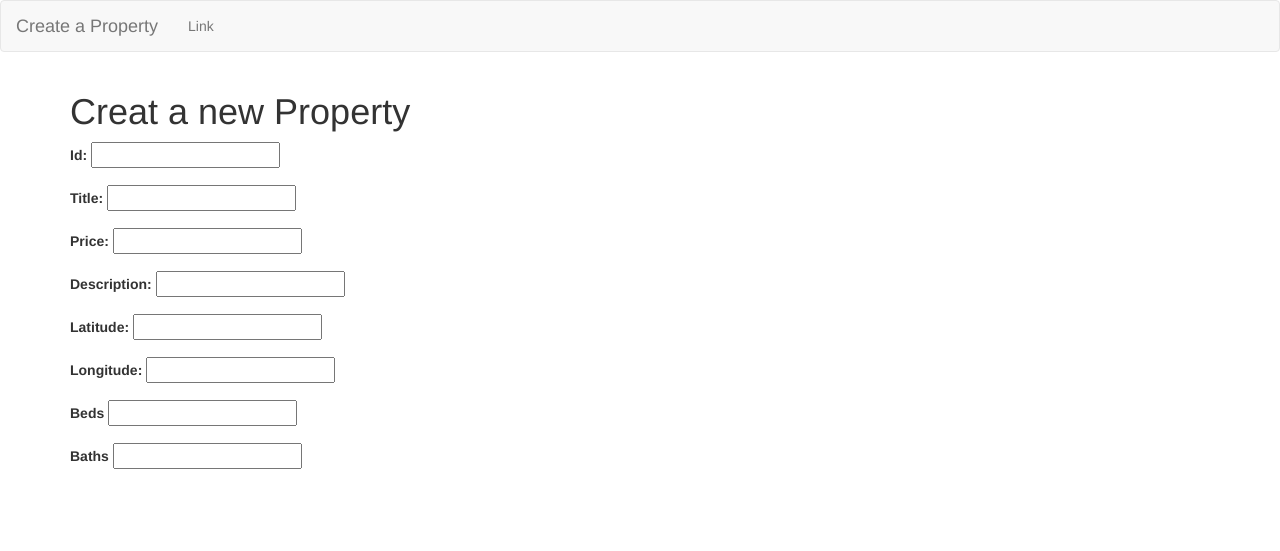
Repository: djoysilva/vivaRealChallenge
Page: http://localhost/vivaReal2.0/createProperty.jsp
The author's editor kept a copy of each file at every save. The page is drawn from the files as they stood at one save, then again after the next save.
The browser window is 1280 px wide. The pictures show the whole page.
The page is served by Tomcat 9. Other server files are loaded and not shown.

Above is the page before, as saved 2016-11-02 21:06:24.

### VivaRealWorkSpace/vivaReal2.0/WebContent/createProperty.jsp
<%@ page language="java" contentType="text/html; charset=ISO-8859-1"
    pageEncoding="ISO-8859-1"%>
<!DOCTYPE html PUBLIC "-//W3C//DTD HTML 4.01 Transitional//EN" "http://www.w3.org/TR/html4/loose.dtd">
<html>
<head>
<meta http-equiv="Content-Type" content="text/html; charset=ISO-8859-1">
<%@ include file = "include.jsp"%>
<title>Create a new property</title>
</head>
<body>
	<%@ include file = "menu.jsp" %>
	<div class = "container">
		<h1>Creat a new Property</h1>
		<div class = "row">
			<div class = "col-md-4">
				<form action="createProperty" method="post">
					<input type="hidden" name="action" value="create">
					<div class = "form-group">
						<label for="idId">Id:</label>
						<input type="text" name="id" id="idId">
					</div>
					<div class = "form-group">
						<label for="idTitle">Title:</label>
						<input type="text" name="title" id="idTitle">
					</div>
					<div class = "form-group">
						<label for="idPrice">Price:</label>
						<input type="text" name="price" id="idPrice">
					</div>
					<div class = "form-group">
						<label for="idDesc">Description:</label>
						<input type="text" name="description" id="idDesc">
					</div>
					<div class = "form-group">
						<label for="idLatitude">Latitude:</label>
						<input type="text" name="latitude" id="idLatitude">
					</div>
					<div class = "form-group">
						<label for="idLongitude">Longitude:</label>
						<input type="text" name="longitude" id="idLongitude">
					</div>
					<div class = "form-group">
						<label for="idBeds">Beds</label>
						<input type="text" name="beds" id="idBeds">
					</div>
					<div class = "form-group">
						<label for="idBaths">Baths</label>
						<input type="text" name="baths" id="idBaths">
					</div>
				</form>
			</div>
		</div>
	</div>
</body>
</html>

### VivaRealWorkSpace/vivaReal2.0/WebContent/include.jsp
<link rel = "stylesheet" type = "text/css" href="css/bootstrap.min.css">

### VivaRealWorkSpace/vivaReal2.0/WebContent/menu.jsp
<nav class="navbar navbar-default">
  <div class="container-fluid">
    <!-- Brand and toggle get grouped for better mobile display -->
    <div class="navbar-header">
      <button type="button" class="navbar-toggle collapsed" data-toggle="collapse" data-target="#bs-example-navbar-collapse-1" aria-expanded="false">
        <span class="sr-only">Toggle navigation</span>
        <span class="icon-bar"></span>
        <span class="icon-bar"></span>
        <span class="icon-bar"></span>
      </button>
      <a class="navbar-brand" href="createProperty.jsp">Create a Property</a>
    </div>

    <!-- Collect the nav links, forms, and other content for toggling -->
    <div class="collapse navbar-collapse" id="bs-example-navbar-collapse-1">
      <ul class="nav navbar-nav">
        <li><a href="#">Link</a></li>
      </ul>
    </div><!-- /.navbar-collapse -->
  </div><!-- /.container-fluid -->
</nav>

Loaded but not shown: VivaRealWorkSpace/vivaReal2.0/WebContent/css/bootstrap.min.css (library)

After the next save:
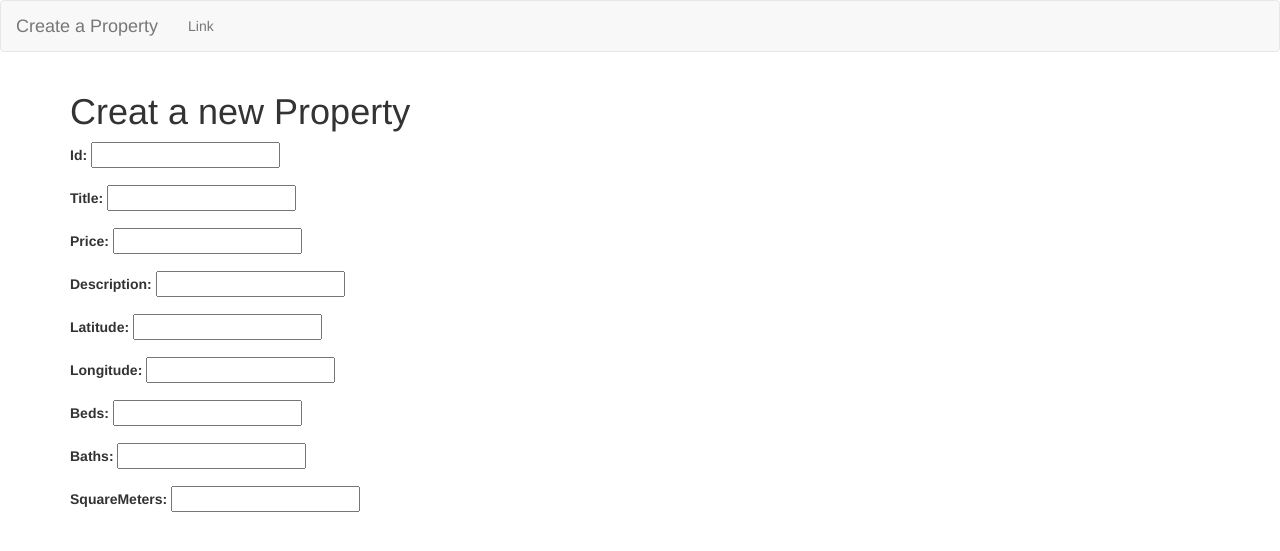
Saved 57 s later.
--- a/VivaRealWorkSpace/vivaReal2.0/WebContent/createProperty.jsp
+++ b/VivaRealWorkSpace/vivaReal2.0/WebContent/createProperty.jsp
@@ -40,12 +40,16 @@
 						<input type="text" name="longitude" id="idLongitude">
 					</div>
 					<div class = "form-group">
-						<label for="idBeds">Beds</label>
+						<label for="idBeds">Beds:</label>
 						<input type="text" name="beds" id="idBeds">
 					</div>
 					<div class = "form-group">
-						<label for="idBaths">Baths</label>
+						<label for="idBaths">Baths:</label>
 						<input type="text" name="baths" id="idBaths">
+					</div>
+					<div class = "form-group">
+						<label for="idSquare">SquareMeters:</label>
+						<input type="text" name="square" id="idSquare">
 					</div>
 				</form>
 			</div>
